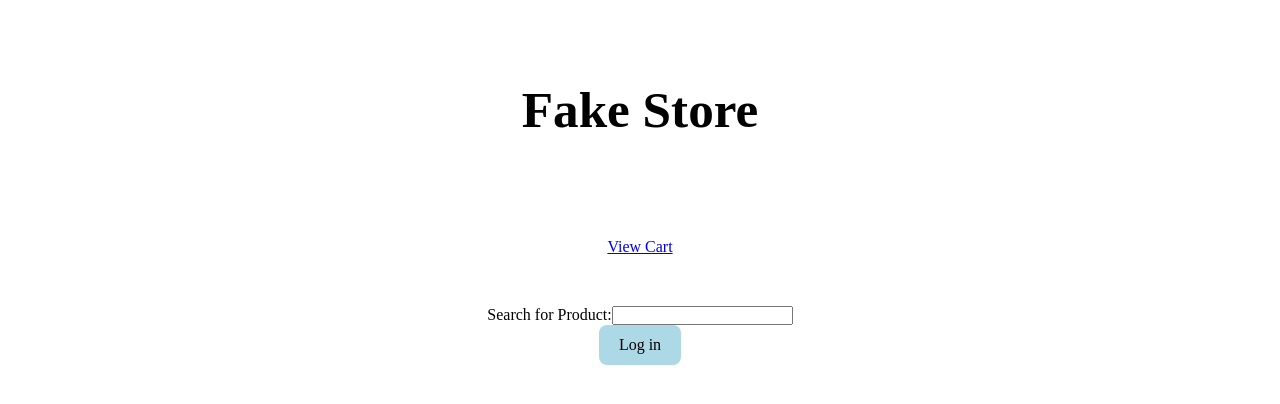
Repository: Andres513/CapStone
Page: /
The author's editor kept a copy of each file at every save. The page is drawn from the files as they stood at one save, then again after the next save.
The browser window is 1280 px wide. The pictures show the whole page.
The page's requests for data from a server got no answer. The project was rebuilt for these pictures with package versions that can differ from the ones it lists, and the page was loaded fresh each time. No one was signed in, and anything a server would have sent is missing. Also part of the build but not shown: vite.config.js, src/components/Login.jsx, src/components/Cart.jsx, src/components/SingleProduct.jsx, src/components/ProductsByCategory.jsx.

Above is the page before, as saved 2024-04-09 13:55:33.

After the next save:
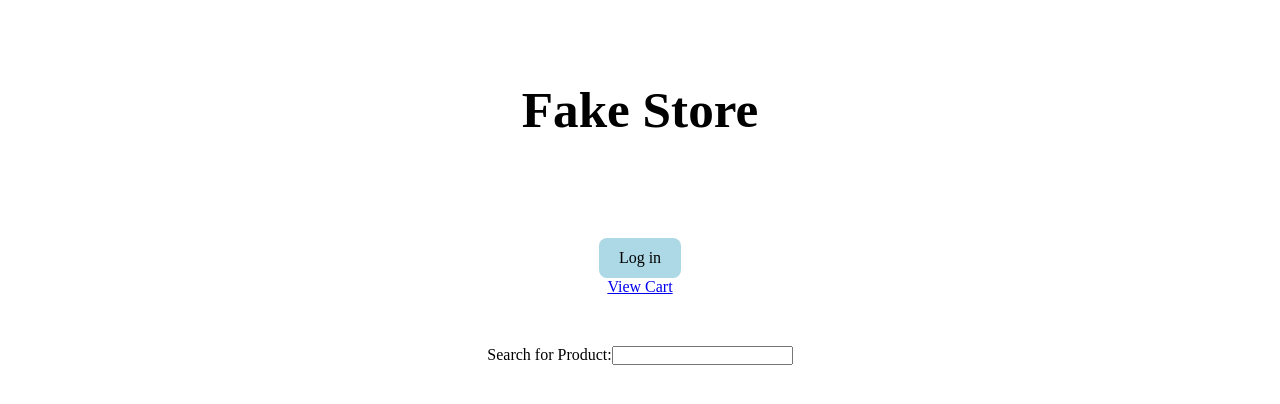
Saved 16 s later.
--- a/src/components/FetchProducts.jsx
+++ b/src/components/FetchProducts.jsx
@@ -34,12 +34,7 @@ export default function FetchProducts({products, setProducts, price, setPrice, t
 return (
         <>
         <h1>Fake Store</h1>
-        <Link to="/cart">View Cart</Link>
-            <Categories products={products}/>
-            <label className="search-bar">Search for Product:
-                <input type="text" value={searched} onChange={(e) => setSearched(e.target.value)}/>
-            </label><br/>
-            <nav className="navbar">
+        <nav className="navbar">
                 {isLoggedIn ? (
                     <>
                         <button onClick={handleLogout}>Log out</button>
@@ -48,6 +43,12 @@ return (
                     <Link to="/login"><button>Log in</button></Link>
                 )}
             </nav>
+        <Link to="/cart">View Cart</Link>
+            <Categories products={products}/>
+            <label className="search-bar">Search for Product:
+                <input type="text" value={searched} onChange={(e) => setSearched(e.target.value)}/>
+            </label><br/>
+
         <div className="items-container">
     {searchedProduct.map((product) => (
                 <div key={product.id} className="item">
